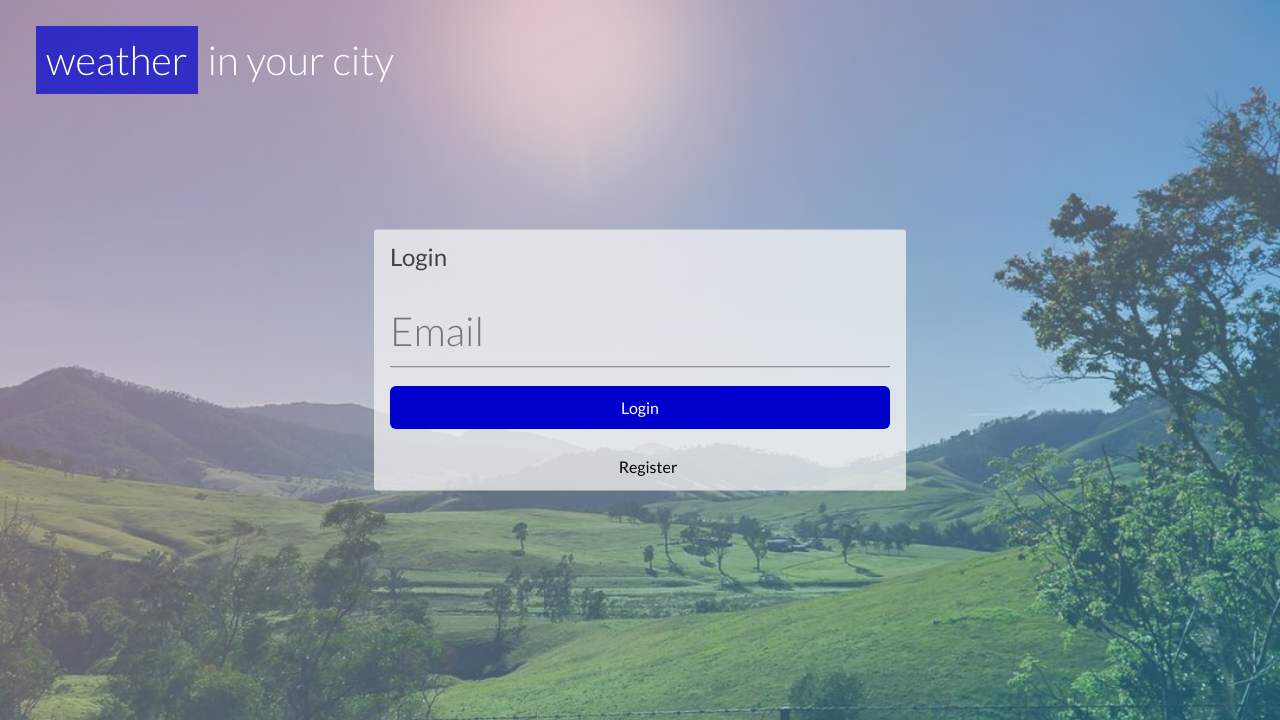
Repository: nosplashurinal/weather-app
Page: /, after clicking the first element matching `button.next`
The author's editor kept a copy of each file at every save. The page is drawn from the files as they stood at one save, then again after the next save.
The browser window is 1280 px wide. The pictures show the whole page.
The project was rebuilt for these pictures with package versions that can differ from the ones it lists, and the page was loaded fresh each time. Also part of the build but not shown: src/components/RecentSearches.vue, src/components/Search.vue, src/components/WeatherDataBlock.vue.

Above is the page before, as saved 2018-12-31 17:13:58.

After the next save:
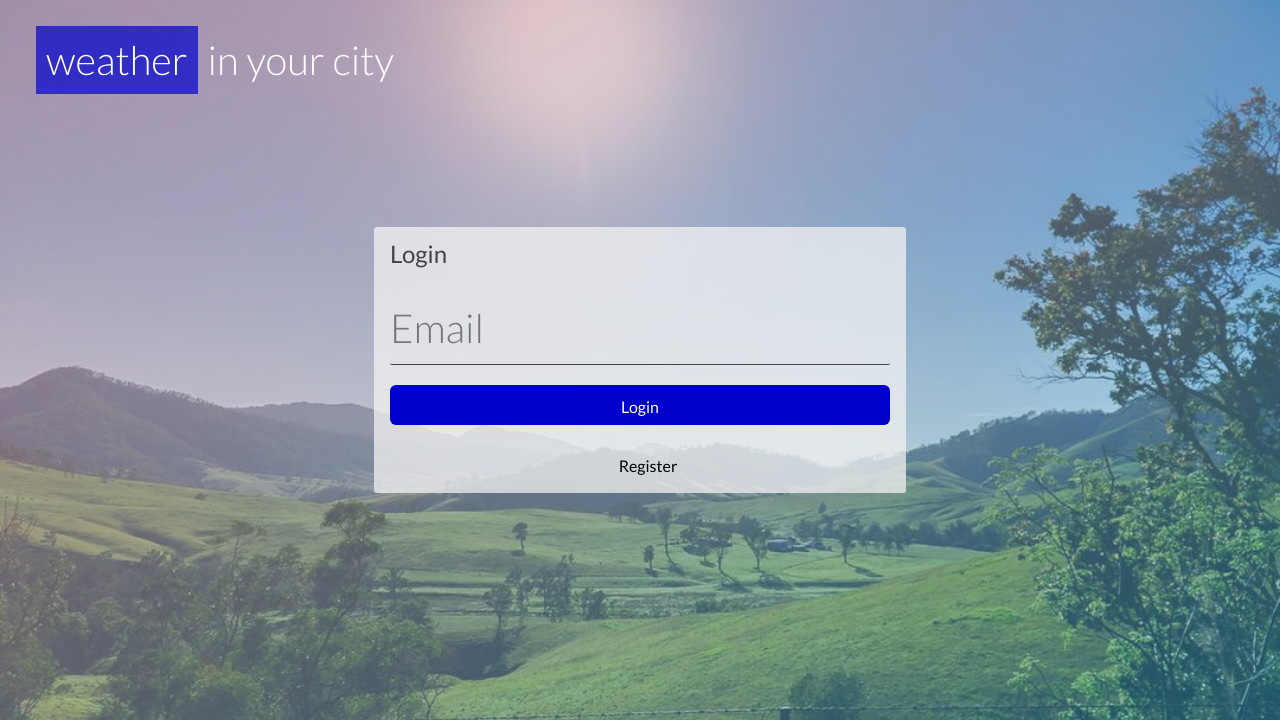
Saved 15 s later.
--- a/src/styles/login.scss
+++ b/src/styles/login.scss
@@ -67,7 +67,7 @@
         border-radius: 6px;
         cursor: pointer;
         width: auto;
-        height: auto;
+        height: 40px;
         position: relative;
         flex: none;
         padding: 0.75em;
@@ -75,7 +75,7 @@
       }
       .register-button {
         flex: none;
-        height: auto;
+        height: 40px;
         margin-left: 1em;
         background: none;
         cursor: pointer;
